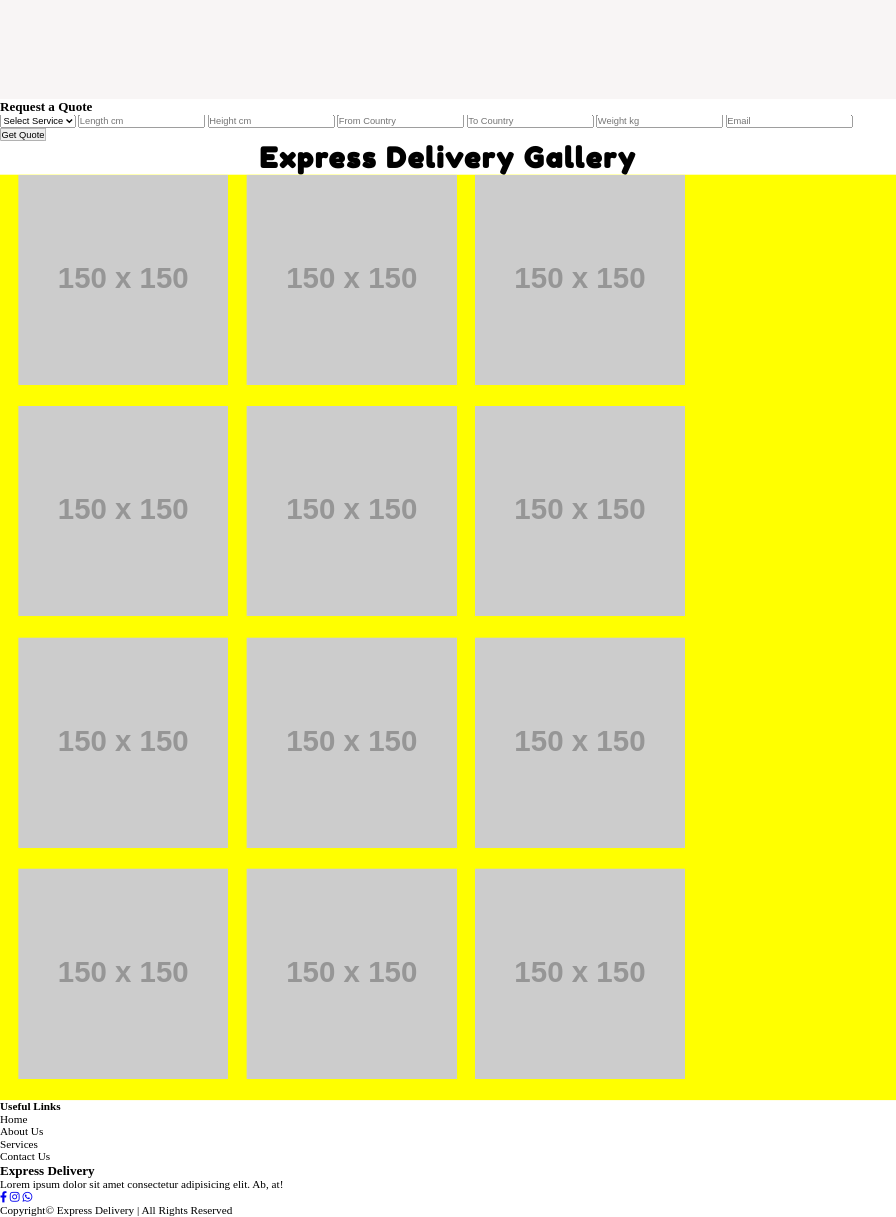
Repository: just-mann/express-delivery
Page: index.html
These files come from the project's save history. The page is drawn as it stood at one moment and after the next save; the edit follows.
The browser window is 1280 px wide. The pictures show the part of the page from y = 1301 to 3221 px (the page is 3039 px tall before and 5234 px after), at 70% of full size.
The style sheet was rebuilt from its Sass, Less or Tailwind sources for each picture, by a compiler version that may differ from the author's.

Above is the page before, as saved 2021-06-30 15:45:17.

### index.html
<!DOCTYPE html>
<html lang="en">
<head>
    <meta charset="UTF-8">
    <meta http-equiv="X-UA-Compatible" content="IE=edge">
    <meta name="viewport" content="width=device-width, initial-scale=1.0">
    <meta name="author" content="Justin Kollie">
    <meta name="description" content="Reliable shipping solutions across the U.S.">
    <link rel="stylesheet" href="/css/style.css">
    <link rel="stylesheet" href="https://cdnjs.cloudflare.com/ajax/libs/font-awesome/5.15.3/css/all.min.css" referrerpolicy="no-referrer" />
    <title>Express Delivery | Your trusted delivery system</title>
</head>
<body id="top">
    <header>
        <div class="top-section">
            <p><i class="fas fa-headphones"></i> 401 123 4567</p>
            <p class="emailAdd"><i class="fas fa-envelope"></i> expressdelivery@email.com</p>
            <p><i class="fas fa-map-marker-alt"></i> Providence, RI</p>
        </div>
        <nav>
            <a href="#" class="logo"><span>Express</span>Delivery</a>
            <div class="nav__links">
                <a href="#">Home</a>
                <a href="#">About</a>
                <a href="#">Services</a>
                <a class="quoteGet" href="#contact-us">Get a Quote</a>
            </div>
        </nav>
        <section class="hero__div">
            <div class="hero__section">
                <div class="hero__overlay">
                    <h2>Express Delivery</h2>
                    <p class="firstPara">Lorem ipsum, dolor sit amet consectetur adipisicing elit. Cumque, numquam.</p>
                    <p class="secondPara">Lorem ipsum dolor sit amet.</p>
                    <a href="#aboutUs">Scroll Down</a>
                </div>
            </div>
        </section>
    </header>
    <section class="product__description">

    </section>
    <section class="aboutUs" id="aboutUs">
        <h3>About Express Delivery</h3>
        <p>
            Lorem ipsum dolor sit amet consectetur adipisicing elit.
            Repellat consectetur alias sed dolores aspernatur asperiores!
        </p>
        <div class="about__card-div">
            <div class="card">
                <div class="imgDiv">
                    <img src="/images/container_ship.jpg" alt="card1">
                </div>
                <div>
                    <h4>Lorem ipsum dolor sit.</h4>
                    <h6>Lorem, ipsum.</h6>
                    <p>
                        Lorem ipsum dolor sit amet, consectetur adipisicing elit.
                        Laboriosam a excepturi minima tenetur error magnam incidunt
                        et expedita quo eveniet maxime sint, placeat modi nemo!
                    </p>
                </div>
            </div>
            <div class="card">
                <div class="imgDiv">
                    <img src="/images/container_ship.jpg" alt="card1">
                </div>
                <div>
                    <h4>Lorem ipsum dolor sit.</h4>
                    <h6>Lorem, ipsum.</h6>
                    <p>
                        Lorem ipsum dolor sit amet, consectetur adipisicing elit.
                        Laboriosam a excepturi minima tenetur error magnam incidunt
                        et expedita quo eveniet maxime sint, placeat modi nemo!
                    </p>
                </div>
            </div>
            <div class="card">
                <div class="imgDiv">
                    <img src="/images/container_ship.jpg" alt="card1">
                </div>
                <div>
                    <h4>Lorem ipsum dolor sit.</h4>
                    <h6>Lorem, ipsum.</h6>
                    <p>
                        Lorem ipsum dolor sit amet, consectetur adipisicing elit.
                        Laboriosam a excepturi minima tenetur error magnam incidunt
                        et expedita quo eveniet maxime sint, placeat modi nemo!
                    </p>
                </div>
            </div>
        </div>
    </section>
    <section class="contact" id="contact-us">
        <h3>Request a Quote</h3>
        <form action="">
            <select name="services" id="services">
                <option>Select Service</option>
                <option value="service1">Service 1</option>
                <option value="service2">Service 2</option>
                <option value="service3">Service 3</option>
                <option value="service4">Service 4</option>
            </select>
            <input type="text" placeholder="Length cm">
            <input type="text" placeholder="Height cm">
            <input type="text" name="country-from" id="country-from" placeholder="From Country">
            <input type="text" name="country-to" id="country-to" placeholder="To Country">
            <input type="text" name="weight" id="weight" placeholder="Weight kg">
            <input type="email" name="email" id="email" placeholder="Email">
            <input type="submit" value="Get Quote">
        </form>
    </section>
    <section class="gallery">
        <h3>Express Delivery Gallery</h3>
        <div class="gallery__div">
            <li><img src="https://placehold.co/150x150"></li>
            <li><img src="https://placehold.co/150x150"></li>
            <li><img src="https://placehold.co/150x150"></li>
            <li><img src="https://placehold.co/150x150"></li>
            <li><img src="https://placehold.co/150x150"></li>
            <li><img src="https://placehold.co/150x150"></li>
            <li><img src="https://placehold.co/150x150"></li>
            <li><img src="https://placehold.co/150x150"></li>
            <li><img src="https://placehold.co/150x150"></li>
            <li><img src="https://placehold.co/150x150"></li>
            <li><img src="https://placehold.co/150x150"></li>
            <li><img src="https://placehold.co/150x150"></li>
            <!-- <li><img src="https://placehold.co/10x10"></li> -->
        </div>
    </section>
    <footer class="footer">
        <section class="footer__top">
            <div class="usefulLinks">
                <h4>Useful Links</h4>
                <li>Home</li>
                <li>About Us</li>
                <li>Services</li>
                <li>Contact Us</li>
            </div>
            <div>
                <h3>Express Delivery</h3>
                <p>
                    Lorem ipsum dolor sit amet consectetur adipisicing elit. Ab, at!
                </p>
                <div class="social__links">
                    <a href="#"><i class="fab fa-facebook-f"></i></a>
                    <a href="#"><i class="fab fa-instagram"></i></a>
                    <a href="#"><i class="fab fa-whatsapp"></i></a>
                </div>
            </div>
        </section>
        <section class="footer__bottom">
            <p>Copyright&copy Express Delivery | All Rights Reserved</p>
        </section>
    </footer>
</body>
</html>

### Sass/style.scss
@import 'reset';
@import 'default__styles';
@import 'mixins';

body {
    position: relative;
}


header {
    .top-section {
        background: $secondary__color;
        color: $light__white;
        display: flex;
        justify-content: flex-start;
        align-items: center;
        // padding: 15px 0px;
        @include my_container;
        height: 45px;

        p {
            font-family: $third__font;
            font-size: 0.87rem;
            color: $dark__white;
            letter-spacing: 0.3px;
            margin: 0 10px;

            .emailAdd {
                border-left: 1px solid red;
                border-right: 1px solid red;
            }

            i {
                transition: 0.7s;
            }



            &:hover {
                i {
                    color: $primary__color;
                }
            }
        }
    }

    nav {
        // position: sticky;
        // top: 0;
        // left: 0;
        @include my_container;
        width: 100%;
        height: 95px;
        // padding: 0px 35px;
        background: $light__white;
        display: flex;
        justify-content: space-between;
        align-items: center;

        .logo {
            font-size: 2.3rem;
            color: $primary__color;
            font-weight: 450;
            letter-spacing: 1px;
            font-family: $primary__font;
            span {
                color: $secondary__color;
            }
        }

        .nav__links {
            a {
                color: $secondary__color;
                font-size: 1rem;
                margin: 0 15px;
                transition: 0.5s;
                font-family: $secondary__font;
                font-weight: 150;
                letter-spacing: 0.5px;

                &:hover {
                    color: $primary__color;
                }

            }

            .quoteGet {
                @include btn_style;
            }
        }
    }

    .hero__div {
        height: 90vh;
        z-index: 0;
        .hero__section {
            width: 100%;
            height: 100%;
            display: flex;
            justify-content: center;
            align-items: center;
            background: url('/images/heroImg.jpg') no-repeat center center / cover;

            .hero__overlay {
                // display: none;
                background: rgba(0, 0, 0, 0.678);
                height: 100%;
                width: 100%;
                display: flex;
                align-items: center;
                justify-content: center;
                flex-direction: column;
                color: $light__white;
                text-align: center;

                h2 {
                    font-size: 5rem;
                    margin-top: 30px;
                    font-family: $secondary__font;
                    font-weight: 90;
                }

                .firstPara {
                    font-family: $third__font;
                    font-size: 1.2rem;
                    font-weight: 300;
                    line-height: 1.4em;
                    margin: 30px 0px 6px 0px;
                    color: $dark__white;
                }
                .secondPara {
                    font-family: $third__font;
                    font-size: 1rem;
                    font-weight: 300;
                    line-height: 1.4em;
                    margin: 5px 0px;
                    color: $dark__white;
                }

                a {
                    @include btn_style;
                    margin: 80px 0px 5px 0px;
                }
            }
        }
    }
}





// About Us
.aboutUs {
    // @include my_container;
    max-width: 100%;
    min-height: 50vh;
    text-align: center;
    margin: 0px auto;
    padding-top: 30px;
    padding-bottom: 15px;
    background: rgb(248, 245, 245);

    h3 {

    }

    p {

    }

    .about__card-div {
        // background: yellow;
        max-width: 100%;
        margin: 0 auto;
        padding: 25px;
        display: grid;
        justify-content: center;
        align-items: center;
        grid-template-columns: repeat(3, 300px);

        .card {
            min-height: 500px;
            margin: 10px 20px;
            text-align: center;
            &:hover {
                // @include divShadow;
            }

            .imgDiv {
                min-height: 30%;
                padding: 0px;
            }

            img {
                width: 100%;
                min-height: 100%;
                object-fit: cover;
            }

            div {
                padding: 15px;
                margin: 0 auto;
                text-align: left;
                background: $dark__white;

                h4 {
                    font-size: 1.3rem;
                }

                h6 {

                }

                p {

                }
            }
        }
    }
}

.gallery {
    // padding: 35px;
    // min-height: 80vh;
    text-align: center;

    h3 {
        font-family: $secondary__font;
        font-size: 2.5rem;
        // text-align: center;
        letter-spacing: 2.5px;
    }

    .gallery__div {
        @include ClearFix;
        width: 100%;
        margin: 0 auto;
        text-align: center;
        background: yellow;
        // display: flex;
        // justify-content: center;
        // align-items: center;
        li {
            @include grid(4, 2%);

            img {
                width: 100%;
            }
        }
    }



}

### Sass/default__styles.scss
// Google Fonts
@import url('https://fonts.googleapis.com/css2?family=Abel&family=Dancing+Script:wght@300&family=Fredoka+One&family=Permanent+Marker&family=Red+Hat+Text:wght@300&family=Roboto:wght@100&family=Sacramento&display=swap');



// Styles for items like buttons, links, lists, and colors, fonts, etc..

// Variables
$primary__color: #F34963;
$secondary__color: #560c88;
$light__white: #ffffff;
$dark__white: #d1d1d1;
$primary__font: 'Permanent Marker', cursive;
$secondary__font: 'Fredoka One', cursive;
$third__font: 'Red Hat Text', sans-serif;








html {
    scroll-behavior: smooth;
}

a {
    text-decoration: none;
}

ul, li {
    list-style: none;
}

### Sass/mixins.scss
// Button Mixin
@mixin btn_style {
    border: none;
    background: $primary__color;
    color: $light__white;
    padding: 10px 15px;
    font-family: $secondary__font;
    font-weight: 150;
    letter-spacing: 1px;

    &:hover {
        color: $light__white;
        cursor: pointer;
    }
}

@mixin divShadow {
    box-shadow: -1px -3px 46px 16px rgba(0,0,0,0.23);
        -webkit-box-shadow: -1px -3px 46px 16px rgba(0,0,0,0.23);
        -moz-box-shadow: -1px -3px 46px 16px rgba(0,0,0,0.23);
}

@mixin my_container {
    padding: 0px 60px;
}

// ClearFix
@mixin ClearFix {
    &:after {
        content: "";
        display: block;
        clear: both;
    }
}


// Grid Mixin
@mixin grid($cols, $mgn) {
    // @include ClearFix;
    float: left;
    margin-left: $mgn;
    margin-bottom: $mgn;
    width: ((100% - (($cols - 1) * $mgn)) / $cols);
    &::nth-child(#{$cols}n) {
        margin-right: 0;
    }
}

Loaded but not shown: Sass/reset.scss (common file)

After the next save:
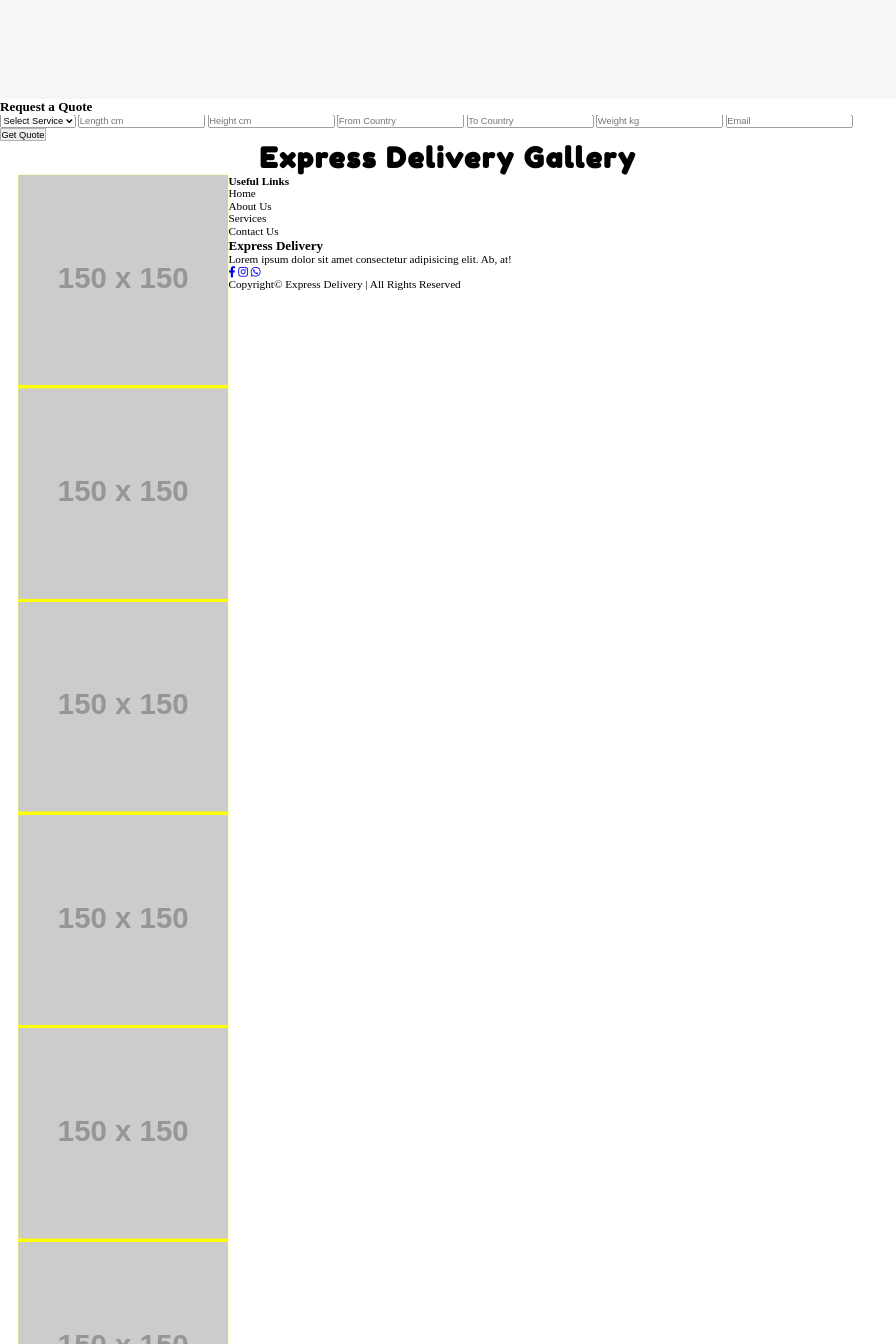
Saved 18 s later.
--- a/Sass/style.scss
+++ b/Sass/style.scss
@@ -238,11 +238,9 @@
         margin: 0 auto;
         text-align: center;
         background: yellow;
-        // display: flex;
-        // justify-content: center;
-        // align-items: center;
+        @include grid(4, 2%);
+
         li {
-            @include grid(4, 2%);
 
             img {
                 width: 100%;

After the 2 saves that followed:
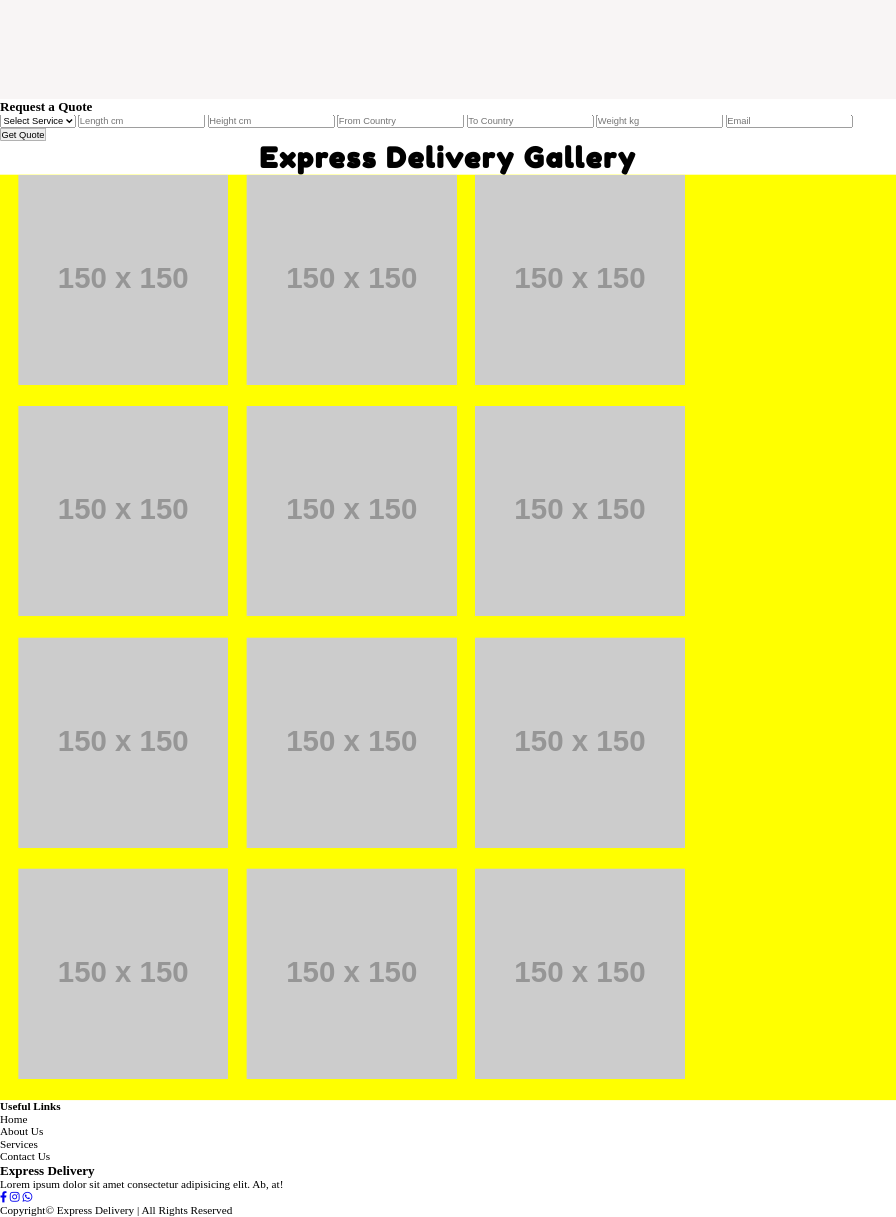
The 2 saves are shown as one change because 1 left the picture as it was.
The last was saved 15 s later.
--- a/Sass/style.scss
+++ b/Sass/style.scss
@@ -238,9 +238,9 @@
         margin: 0 auto;
         text-align: center;
         background: yellow;
-        @include grid(4, 2%);
 
         li {
+            @include grid(4, 2%);
 
             img {
                 width: 100%;
